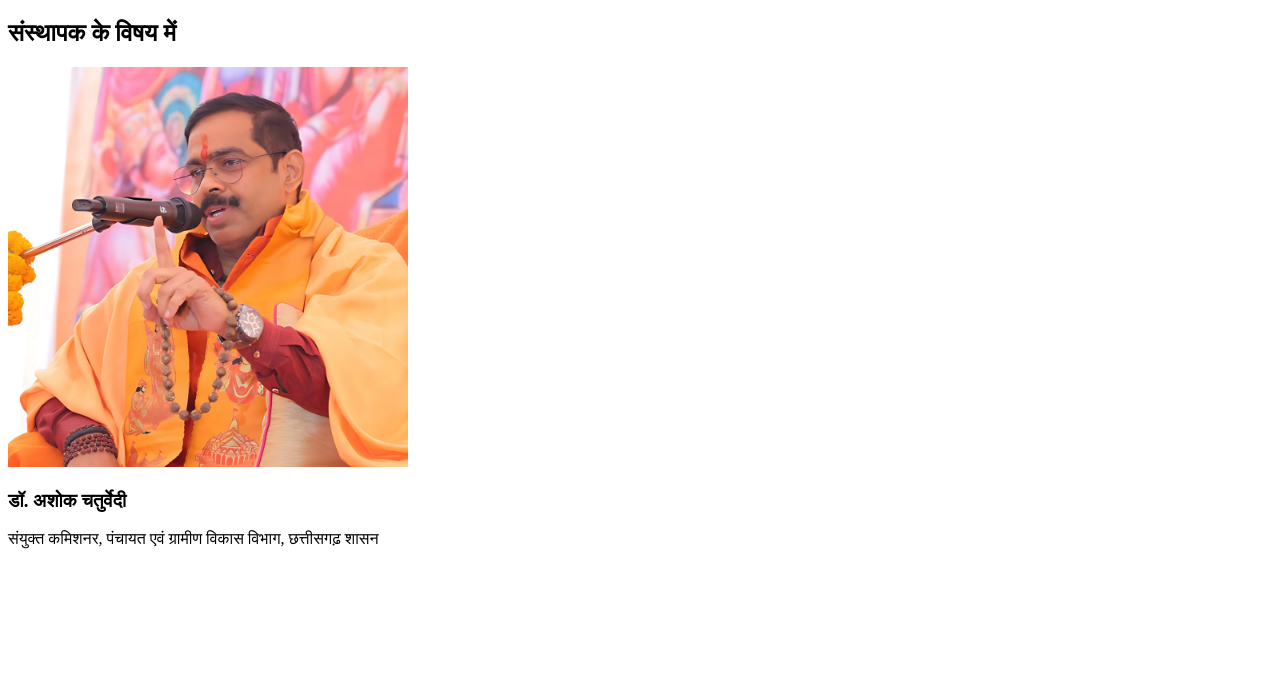
Repository: as-avni/lokmeeram
Page: /founder
The author's editor kept a copy of each file at every save. The page is drawn from the files as they stood at one save, then again after the next save.
The browser window is 1280 px wide. The pictures show the whole page.
The project was rebuilt for these pictures with package versions that can differ from the ones it lists, and the page was loaded fresh each time. The framework's server and built-in components were replaced by stand-ins that run in the browser. Also part of the build but not shown: next.config.ts.

Above is the page before, as saved 2025-06-27 05:54:57.

### src/app/founder/page.tsx
// import Image from "next/image"
// import { Card, CardContent } from "@/components/ui/card"

// export default function Founders() {
//     return (
//         <section id="team" className="px-4 py-12 md:py-16 bg-[url('/images/background/team-bg.png')] bg-blend-color-burn bg-cover bg-center bg-no-repeat">
//         <div className="max-w-6xl mx-auto">
//             <h1 className="text-3xl text-black text-center md:text-5xl px-20 font-bold mb-2 md:mb-4 mt-20">
//                 <span className="text-orange-600">
//                 संस्थापक </span> के
//                 विषय में
//             </h1>

//         <div className="max-w-lg mx-auto mt-5 md:mt-10">
//         <Card className="bg-transparent">
//             <CardContent className="p-6">
//             <div className="aspect-square relative mb-4 rounded-lg overflow-hidden">
//                 <Image
//                 src="/images/about-team/2.png"
//                 alt="Team member"
//                 width={400}
//                 height={400}
//                 className="object-cover rounded-full"
//                 />
//             </div>
//             <h3 className="text-2xl font-bold mb-1 text-center font-[Poppins]">डॉ. अशोक चतुर्वेदी</h3>
//             <p className="text-lg font-semibold text-gray-800 mb-2">संयुक्त
//             कमिशनर, पंचायत एवं ग्रामीण विकास विभाग, छत्तीसगढ़ शासन</p>
//             <p className="text-xl w-full text-gray-500">दण्डकारण्य क्षेत्र के बस्तर स्थित दुर्गकोबडल में जन्में श्री डॉ. अशोक हरिवंश <strong> ‘भैया जी’</strong> राजनीति शास्त्र, मानव संसाधन प्रबंधन एवं मानवाधिकार विषयों में उच्च शिक्षा प्राप्त भैया जी प्रशासन में एक उत्कृष्ट अधिकारी के रूप में विद्यमान हैं।

// जगद्गुरु श्रीरामानुजाचार्य की कृपा एवं माता-पिता के निर्देश में बचपन से ही धर्म के क्षेत्र में “राम और राष्ट्र एक” मंत्र को जीवन का ध्येय मानुषि, धर्म एवं राष्ट्र की सेवा में समर्पित होकर श्री रामकथा वाचक के रूप में प्रचार-प्रसार कर रहे हैं।

// भारतीय संस्कृति एवं विरासत की पुनर्स्थापना हेतु प्रयास करना, धर्मांतरण के विकराल तथा नशामुक्ति हेतु अभियान का संचालन, देश के हर घर में श्रीरामचरितमानस एवं श्रीमद्भागवद्गीता का होना सुनिश्चित करने हेतु, हिंदू धार्मिक बंधनों के यह शांत वातावरण में भारतीय आश्रम के अनुभव भी प्रदान करता है।</p>
//             </CardContent>
//         </Card>
// {/*
//         <Card className="bg-orange-200 shadow-lg shadow-black">
//             <CardContent className="p-6">
//             <div className="aspect-square relative mb-4 rounded-lg overflow-hidden">
//                 <Image
//                 src="/images/about-team/3.png"
//                 alt="Team member"
//                 width={400}
//                 height={400}
//                 className="object-cover rounded-full"
//                 />
//             </div>
//             <h3 className="text-2xl font-bold mb-1 text-center font-[Poppins]">नागेन्द्र दुबे </h3>
//             <p className="text-lg font-semibold text-gray-800 mb-2 prose text-center">संस्थापक, लोक में राम शोध संस्थान</p>
//             <p className="text-lg text-gray-500 prose text-justify">एक प्रतिष्ठित <strong>शिक्षाविद्, मोटिवेशनल स्पीकर और काउंसलर</strong>, जिन्हें शिक्षा, पारिवारिक और व्यक्तिगत मार्गदर्शन में व्यापक अनुभव है। उन्होंने <strong>300 से अधिक स्कूलों का दौरा</strong> किया और <strong>4,000+ छात्रों</strong> को प्रेरित किया है। वे <strong>टॉपर्स एजुकेशनल सोसायटी</strong> के सचिव, <strong>विजडम वे हायर सेकेंडरी स्कूल</strong> के निदेशक और <strong>&quot;सतत् छत्तीसगढ़&quot;</strong> पत्रिका के संपादक हैं। <strong>राष्ट्रीय पुस्तक मेला, साहित्य महोत्सव और शिक्षा मेले</strong> के आयोजक होने के नाते, वे शिक्षा और युवा सशक्तिकरण के लिए प्रतिबद्ध हैं। उनके प्रेरणादायक संवाद कौशल, व्यवहारगत समझ और आध्यात्मिक दृष्टिकोण ने उन्हें एक प्रभावशाली व्यक्तित्व बनाया है।
//             </p>
//             </CardContent>
//         </Card> */}
//         </div>
//     </div>
//     </section>
//     )
// }






import Image from "next/image"

export default function Founders() {
    return (
        <section
            id="team"
            className="px-4 py-12 md:py-16 bg-[url('/images/background/team-bg.png')] bg-blend-color-burn bg-cover bg-center bg-no-repeat"
        >
            <div className="max-w-6xl mx-auto">
                <h1 className="text-3xl text-black text-center md:text-5xl px-20 font-bold mb-2 md:mb-4 mt-20">
                    <span className="text-orange-600">संस्थापक </span> के विषय में
                </h1>

                <div className="max-w-5xl mx-auto items-center">
                    {/* Dr. Ashok Chaturvedi */}

                        <div className="relative rounded-lg overflow-hidden items-center">
                            <Image
                                src="/images/about-team/2.png"
                                alt="Team member"
                                width={400}
                                height={400}
                                className="object-cover rounded-full"
                            />
                        </div>
                        <h3 className="text-2xl font-bold mb-1 text-center font-[Poppins] text-orange-500">डॉ. अशोक चतुर्वेदी</h3>
                        <p className="text-lg font-semibold text-gray-800 mb-2 text-center">
                            संयुक्त कमिशनर, पंचायत एवं ग्रामीण विकास विभाग, छत्तीसगढ़ शासन
                        </p>


                    {/* Nagendra Dubey
                    <div className="p-6 bg-orange-200 shadow-lg shadow-black">
                        <div className="aspect-square relative mb-4 rounded-lg overflow-hidden">
                            <Image
                                src="/images/about-team/3.png"
                                alt="Team member"
                                width={400}
                                height={400}
                                className="object-cover rounded-full"
                            />
                        </div>
                        <h3 className="text-2xl font-bold mb-1 text-center font-[Poppins]">नागेन्द्र दुबे</h3>
                        <p className="text-lg font-semibold text-gray-800 mb-2 text-center">
                            संस्थापक, लोक में राम शोध संस्थान
                        </p>
                        <p className="text-lg text-gray-500 text-justify">
                            एक प्रतिष्ठित <strong>शिक्षाविद्, मोटिवेशनल स्पीकर और काउंसलर</strong>, जिन्हें शिक्षा, पारिवारिक और व्यक्तिगत मार्गदर्शन में व्यापक अनुभव है। उन्होंने <strong>300 से अधिक स्कूलों का दौरा</strong> किया और <strong>4,000+ छात्रों</strong> को प्रेरित किया है। वे <strong>टॉपर्स एजुकेशनल सोसायटी</strong> के सचिव, <strong>विजडम वे हायर सेकेंडरी स्कूल</strong> के निदेशक और <strong>"सतत् छत्तीसगढ़"</strong> पत्रिका के संपादक हैं। <strong>राष्ट्रीय पुस्तक मेला, साहित्य महोत्सव और शिक्षा मेले</strong> के आयोजक होने के नाते, वे शिक्षा और युवा सशक्तिकरण के लिए प्रतिबद्ध हैं। उनके प्रेरणादायक संवाद कौशल, व्यवहारगत समझ और आध्यात्मिक दृष्टिकोण ने उन्हें एक प्रभावशाली व्यक्तित्व बनाया है।
                        </p>
                    </div> */}
                </div>
            </div>
        </section>
    )
}

After the next save:
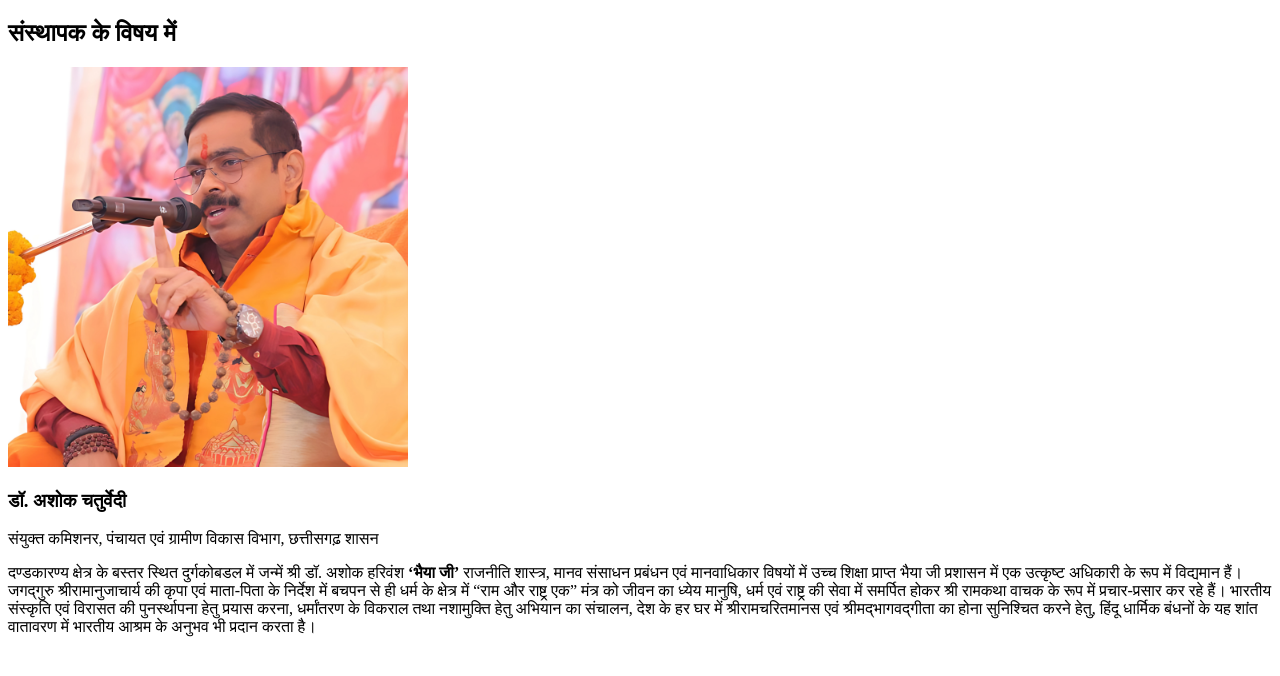
Saved 6 s later.
--- a/src/app/founder/page.tsx
+++ b/src/app/founder/page.tsx
@@ -91,7 +91,13 @@
                         <p className="text-lg font-semibold text-gray-800 mb-2 text-center">
                             संयुक्त कमिशनर, पंचायत एवं ग्रामीण विकास विभाग, छत्तीसगढ़ शासन
                         </p>
+                        <p className="text-xl text-black w-full ">
+                            दण्डकारण्य क्षेत्र के बस्तर स्थित दुर्गकोबडल में जन्में श्री डॉ. अशोक हरिवंश <strong>‘भैया जी’</strong> राजनीति शास्त्र, मानव संसाधन प्रबंधन एवं मानवाधिकार विषयों में उच्च शिक्षा प्राप्त भैया जी प्रशासन में एक उत्कृष्ट अधिकारी के रूप में विद्यमान हैं।
 
+                            जगद्गुरु श्रीरामानुजाचार्य की कृपा एवं माता-पिता के निर्देश में बचपन से ही धर्म के क्षेत्र में “राम और राष्ट्र एक” मंत्र को जीवन का ध्येय मानुषि, धर्म एवं राष्ट्र की सेवा में समर्पित होकर श्री रामकथा वाचक के रूप में प्रचार-प्रसार कर रहे हैं।
+
+                            भारतीय संस्कृति एवं विरासत की पुनर्स्थापना हेतु प्रयास करना, धर्मांतरण के विकराल तथा नशामुक्ति हेतु अभियान का संचालन, देश के हर घर में श्रीरामचरितमानस एवं श्रीमद्भागवद्गीता का होना सुनिश्चित करने हेतु, हिंदू धार्मिक बंधनों के यह शांत वातावरण में भारतीय आश्रम के अनुभव भी प्रदान करता है।
+                        </p>
 
                     {/* Nagendra Dubey
                     <div className="p-6 bg-orange-200 shadow-lg shadow-black">

After the save that followed:
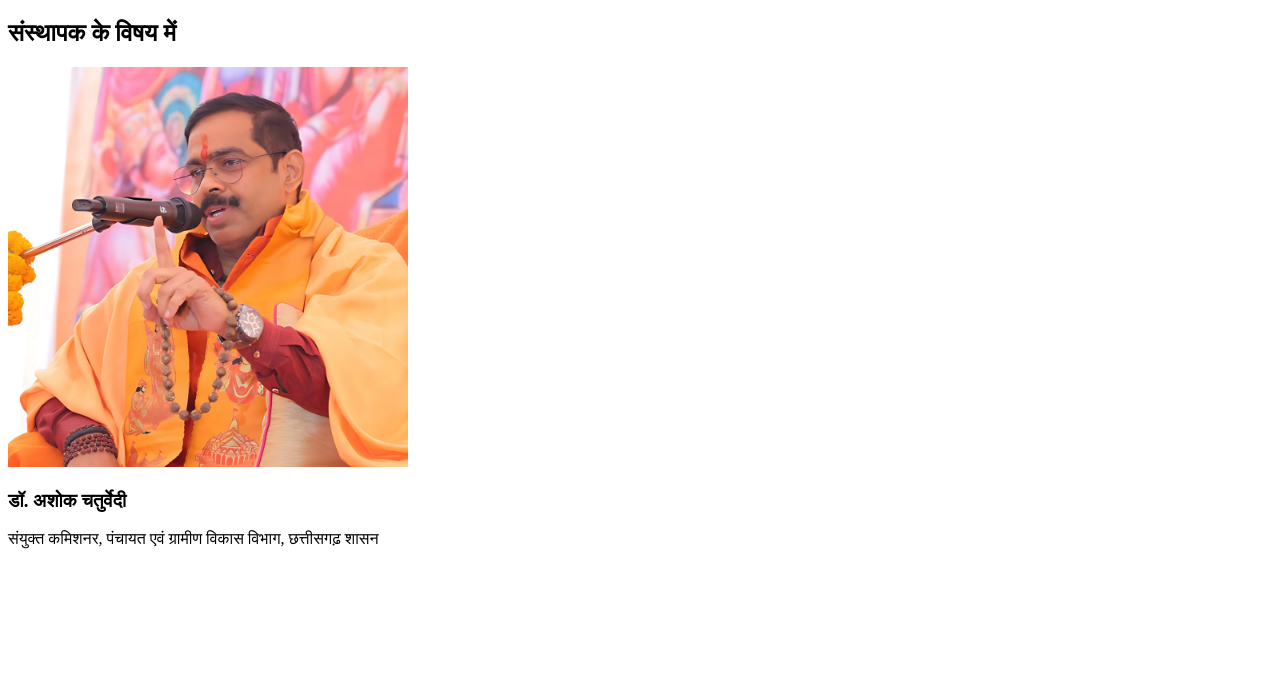
Saved 7 s later.
--- a/src/app/founder/page.tsx
+++ b/src/app/founder/page.tsx
@@ -91,13 +91,7 @@
                         <p className="text-lg font-semibold text-gray-800 mb-2 text-center">
                             संयुक्त कमिशनर, पंचायत एवं ग्रामीण विकास विभाग, छत्तीसगढ़ शासन
                         </p>
-                        <p className="text-xl text-black w-full ">
-                            दण्डकारण्य क्षेत्र के बस्तर स्थित दुर्गकोबडल में जन्में श्री डॉ. अशोक हरिवंश <strong>‘भैया जी’</strong> राजनीति शास्त्र, मानव संसाधन प्रबंधन एवं मानवाधिकार विषयों में उच्च शिक्षा प्राप्त भैया जी प्रशासन में एक उत्कृष्ट अधिकारी के रूप में विद्यमान हैं।
 
-                            जगद्गुरु श्रीरामानुजाचार्य की कृपा एवं माता-पिता के निर्देश में बचपन से ही धर्म के क्षेत्र में “राम और राष्ट्र एक” मंत्र को जीवन का ध्येय मानुषि, धर्म एवं राष्ट्र की सेवा में समर्पित होकर श्री रामकथा वाचक के रूप में प्रचार-प्रसार कर रहे हैं।
-
-                            भारतीय संस्कृति एवं विरासत की पुनर्स्थापना हेतु प्रयास करना, धर्मांतरण के विकराल तथा नशामुक्ति हेतु अभियान का संचालन, देश के हर घर में श्रीरामचरितमानस एवं श्रीमद्भागवद्गीता का होना सुनिश्चित करने हेतु, हिंदू धार्मिक बंधनों के यह शांत वातावरण में भारतीय आश्रम के अनुभव भी प्रदान करता है।
-                        </p>
 
                     {/* Nagendra Dubey
                     <div className="p-6 bg-orange-200 shadow-lg shadow-black">
